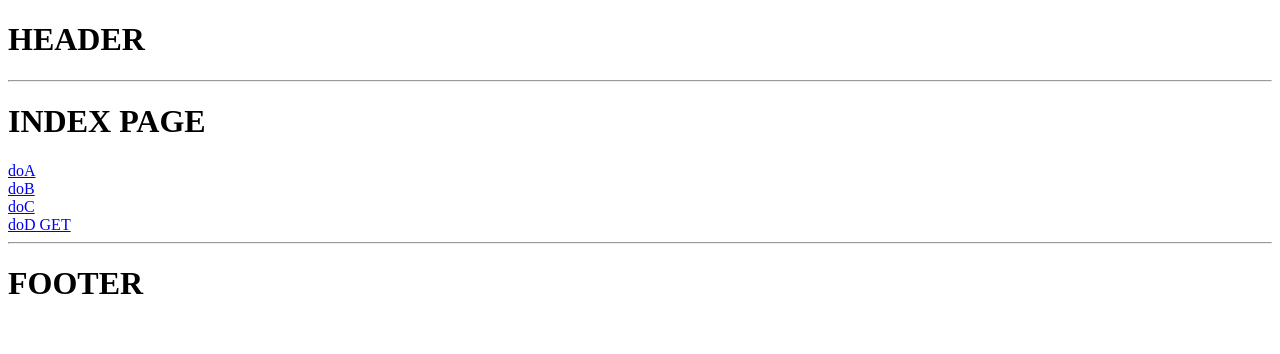
Repository: gitgw016/spring
Page: http://localhost/mvc_part02_controller/
The author's editor kept a copy of each file at every save. The page is drawn from the files as they stood at one save, then again after the next save.
The browser window is 1280 px wide. The pictures show the whole page.
The page is served by Tomcat 9. Other server files are loaded and not shown.

Above is the page before, as saved 2022-01-11 05:52:47.

### mvc_part02_controller/src/main/webapp/index.jsp
<%@ page language="java" contentType="text/html; charset=UTF-8"
    pageEncoding="UTF-8"%>
<jsp:include page="WEB-INF/views/common/header.jsp"/>
	<h1>INDEX PAGE</h1>
	<a href="doA">doA</a> <br/>
	<a href="doB">doB</a> <br/>
	<a href="doC">doC</a> <br/>
	<a href="doD?msg=hi">doD GET</a>
<jsp:include page="WEB-INF/views/common/footer.jsp"/>
</body>
</html>

### mvc_part02_controller/src/main/webapp/WEB-INF/views/common/header.jsp
<%@ page language="java" contentType="text/html; charset=UTF-8"
    pageEncoding="UTF-8"%>
<!DOCTYPE html>
<html>
<head>
<meta charset="UTF-8">
<title>Insert title here</title>
</head>
<body>
<!-- header.jsp -->
<h1>HEADER</h1>
<hr/>

### mvc_part02_controller/src/main/webapp/WEB-INF/views/common/footer.jsp
<%@ page language="java" contentType="text/html; charset=UTF-8"
    pageEncoding="UTF-8"%>
<!-- footer.jsp -->
<hr/>
<h1>FOOTER</h1>
</body>
</html>

After the next save:
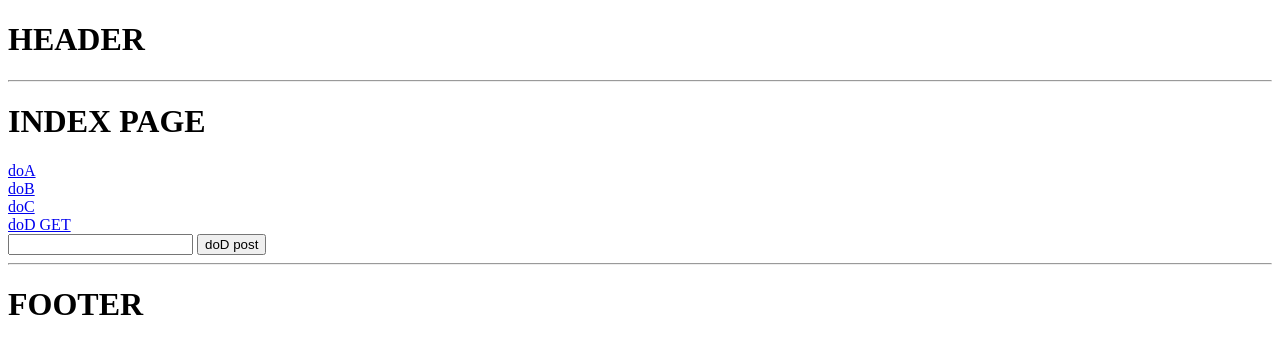
Saved 57 s later.
--- a/mvc_part02_controller/src/main/webapp/index.jsp
+++ b/mvc_part02_controller/src/main/webapp/index.jsp
@@ -5,7 +5,11 @@
 	<a href="doA">doA</a> <br/>
 	<a href="doB">doB</a> <br/>
 	<a href="doC">doC</a> <br/>
-	<a href="doD?msg=hi">doD GET</a>
+	<a href="doD?msg=hi">doD GET</a> <br/>
+	<form action="doD" method="post">
+		<input type="text" name="msg"/>
+		<input type="submit" value="doD post"/>
+	</form>
 <jsp:include page="WEB-INF/views/common/footer.jsp"/>
 </body>
 </html>
